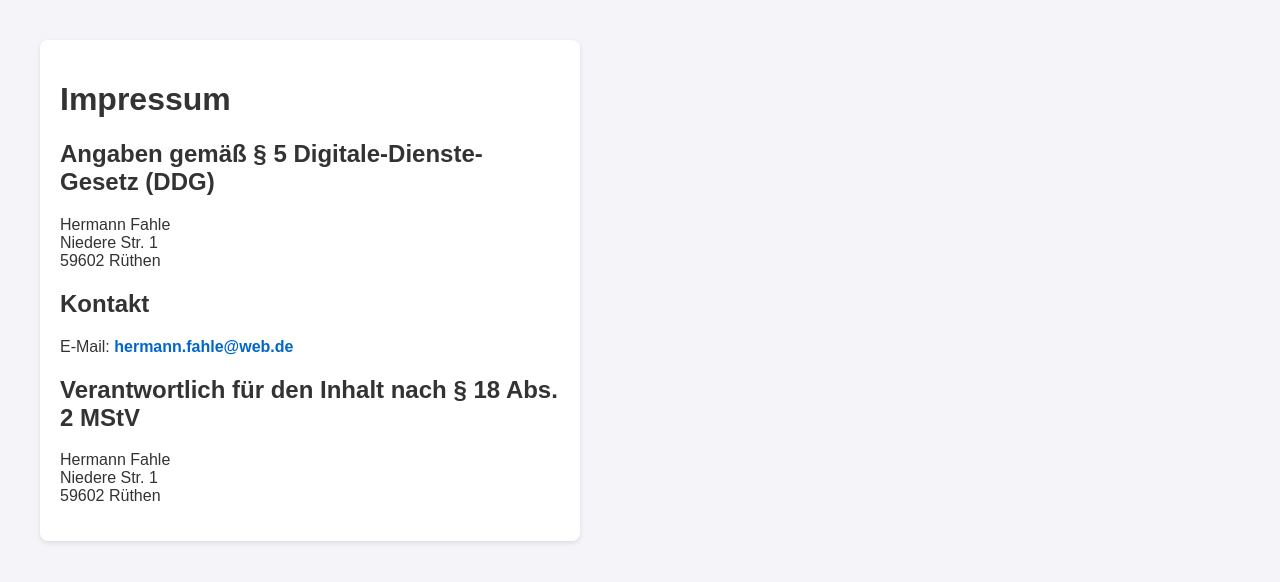
Repository: h-fahle/h-fahle.github.io
Page: impressum.html
An editor plug-in stored every save of this project. The page is shown before and after the next save, followed by the edit.
The browser window is 1280 px wide. The pictures show the whole page.

Above is the page before, as saved 2026-05-24 12:46:05.

### impressum.html
<!DOCTYPE html>
<html lang="de">
<head>
    <meta charset="UTF-8">
    <meta name="viewport" content="width=device-width, initial-scale=1.0">
    <title>Dokumentenübersicht</title>
    <style>
        body {
            margin: 0;
            font-family: Arial, sans-serif;
            display: flex;
            flex-direction: column;
            min-height: 100vh;
            background-color: #f4f4f9;
            color: #333;
        }
        footer {
            margin-top: auto; /* Drückt den Footer an den unteren Rand */
            background-color: #f1f1f1;
            text-align: center;
        }
        .container {
            background: #fff;
            margin: 40px;
            padding: 20px;
            border-radius: 8px;
            max-width: 500px;
            box-shadow: 0 2px 5px rgba(0,0,0,0.1);
        }
        ul {
            list-style-type: none;
            padding: 0;
        }
        li {
            margin: 15px 0;
        }
        a {
            text-decoration: none;
            color: #0066cc;
            font-weight: bold;
        }
        a:hover {
            text-decoration: underline;
        }
    </style>
</head>
<body>

    <div class="container">
        <h1>Impressum</h1>
        <h2>Angaben gemäß § 5 Digitale-Dienste-Gesetz (DDG)</h2>
        <p>Hermann Fahle<br>Niedere Str. 1<br>59602 Rüthen</p>
        <h2>Kontakt</h2>
        <p>E-Mail: <a href="mailto:hermann.fahle@web.de">hermann.fahle@web.de</a></p>
        <h2>Verantwortlich für den Inhalt nach § 18 Abs. 2 MStV</h2>
        <p>Hermann Fahle<br>Niedere Str. 1<br>59602 Rüthen</p>
    </div>

</body>

After the next save:
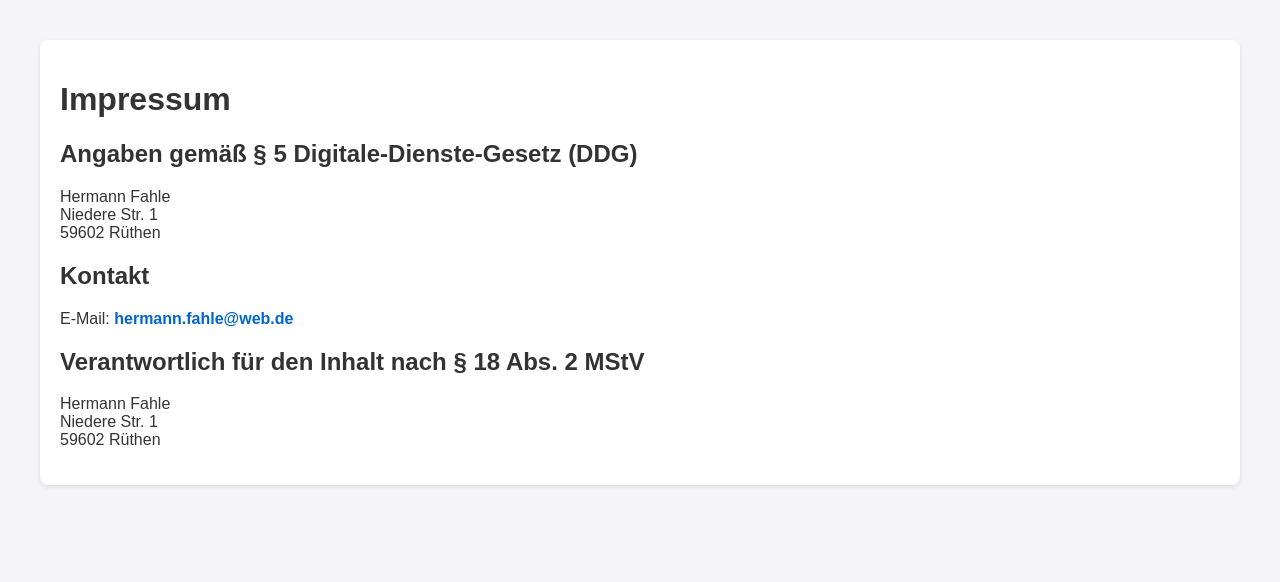
Saved 43 s later.
--- a/impressum.html
+++ b/impressum.html
@@ -24,7 +24,6 @@
             margin: 40px;
             padding: 20px;
             border-radius: 8px;
-            max-width: 500px;
             box-shadow: 0 2px 5px rgba(0,0,0,0.1);
         }
         ul {
